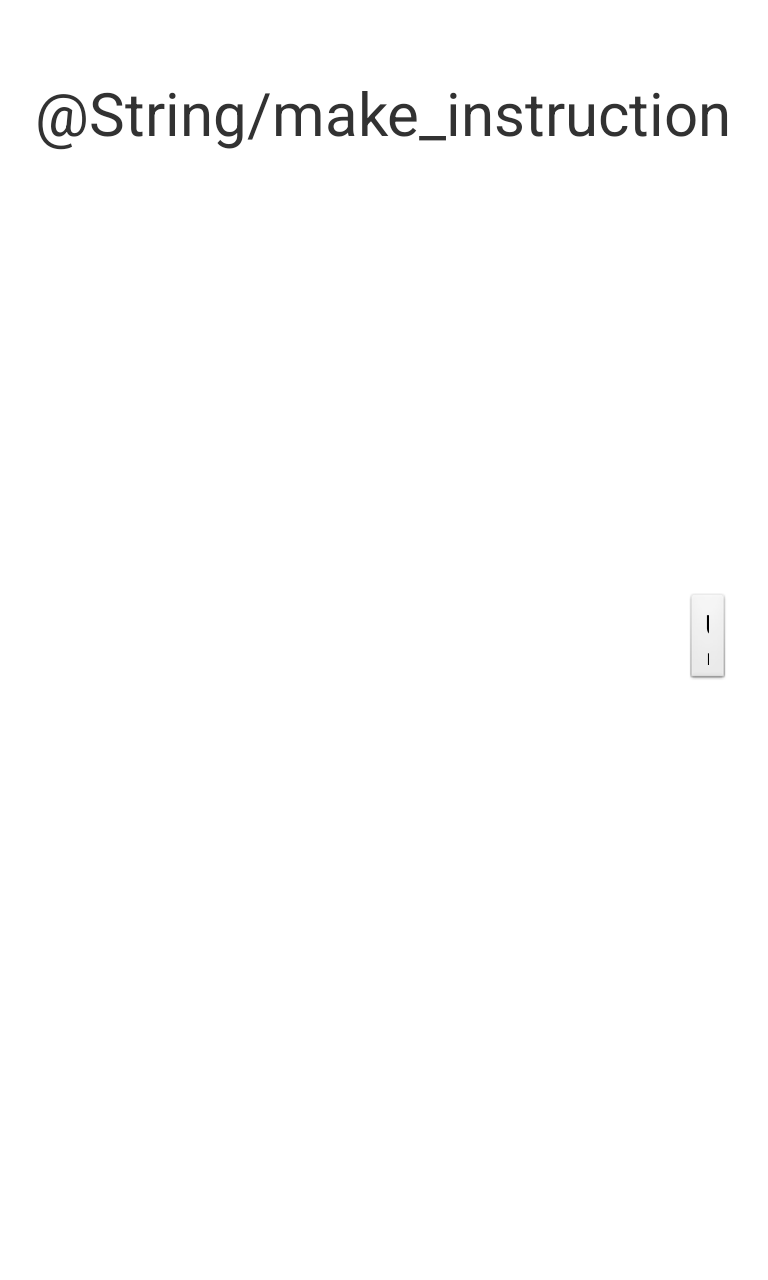
Repository: Hawaiii/filterapp
Layout: android/Filter/res/layout/activity_make.xml
These files come from the project's save history. The layout is drawn as it stood at one moment and after a run of saves; the edit follows.
It is drawn on a 768 x 1280 px phone screen (xhdpi) without system bars, with theme AppTheme; the app's code is not run.

Above is the layout before, as saved 2015-01-31 20:28:52.

After the next 3 saves:
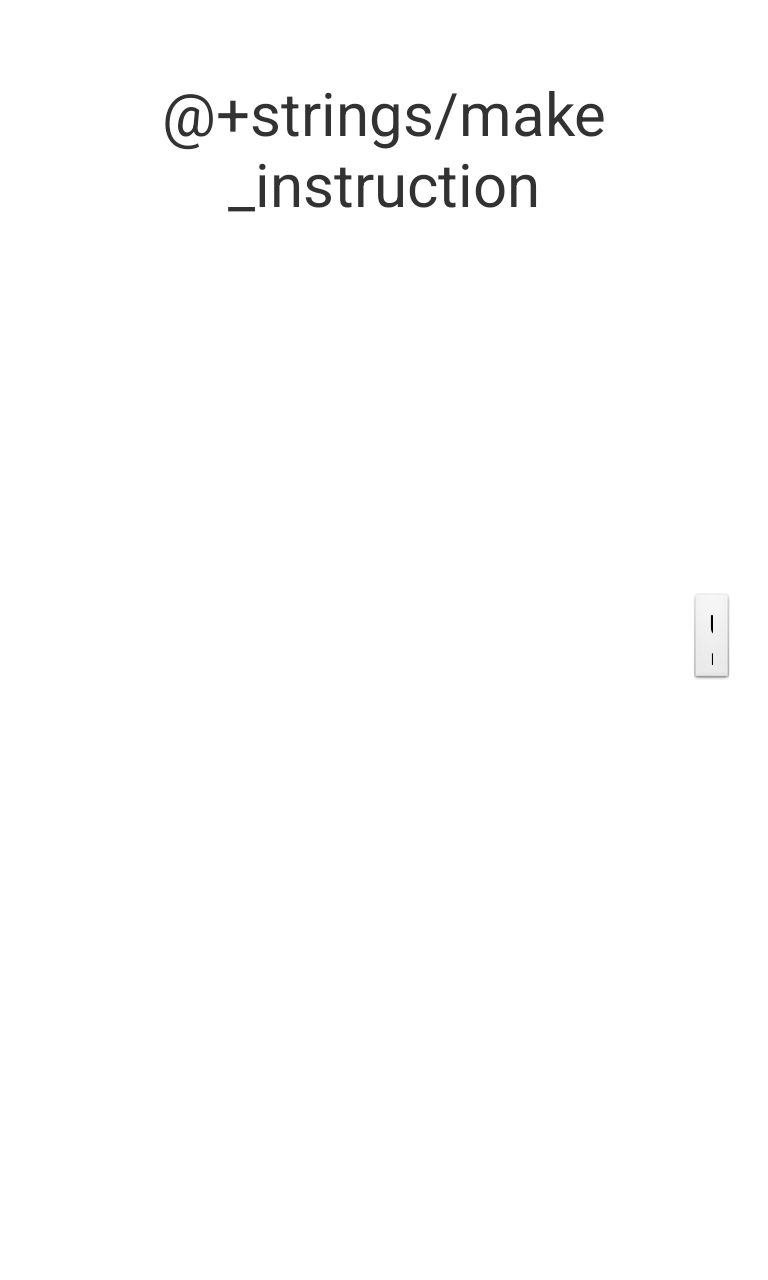
The 3 saves are shown as one change because 2 did not build or start.
The last was saved 19 s later.
--- a/android/Filter/res/layout/activity_make.xml
+++ b/android/Filter/res/layout/activity_make.xml
@@ -16,7 +16,7 @@
         android:layout_centerHorizontal="true"
         android:layout_marginTop="20dp"
         android:gravity="center"
-        android:text="@String/make_instruction"
+        android:text="@+strings/make_instruction"
         android:textSize="30dp" />
 
     <Button
